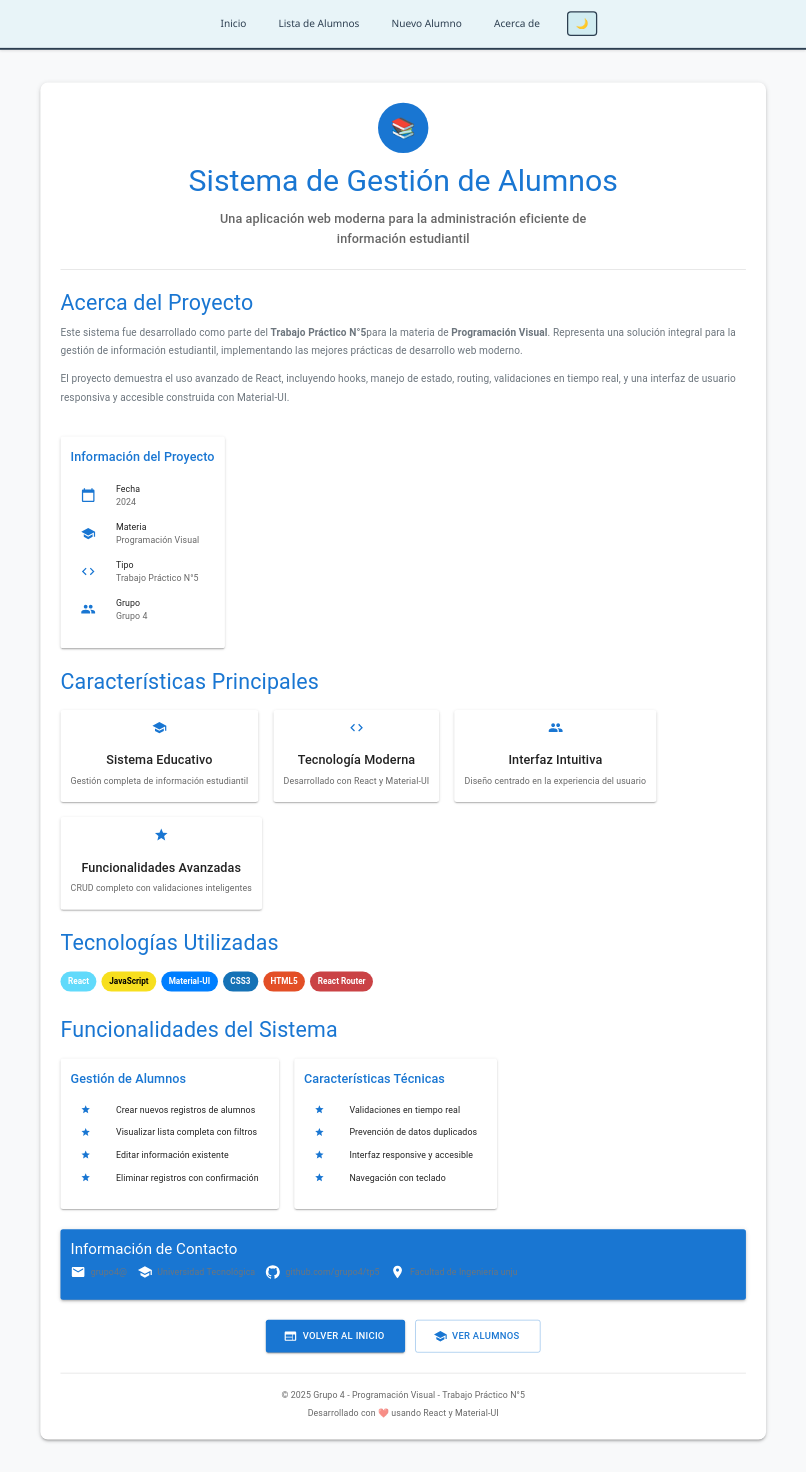
Repository: EduardTr48/pv_tp5_grupo4
Page: /acerca-de
The author's editor kept a copy of each file at every save. The page is drawn from the files as they stood at one save, then again after a run of saves.
The browser window is 1280 px wide. The pictures show the whole page, at 63% of full size.
The project was rebuilt for these pictures with package versions that can differ from the ones it lists, and the page was loaded fresh each time. Also part of the build but not shown: vite.config.js, src/components/ListaAlumnos.jsx, src/components/DetalleAlumno.jsx, src/components/EliminarAlumno.jsx, src/components/AgregarAlumno.jsx, src/components/EditarAlumno.jsx.

Above is the page before, as saved 2025-06-06 01:02:46.

After the next 2 saves:
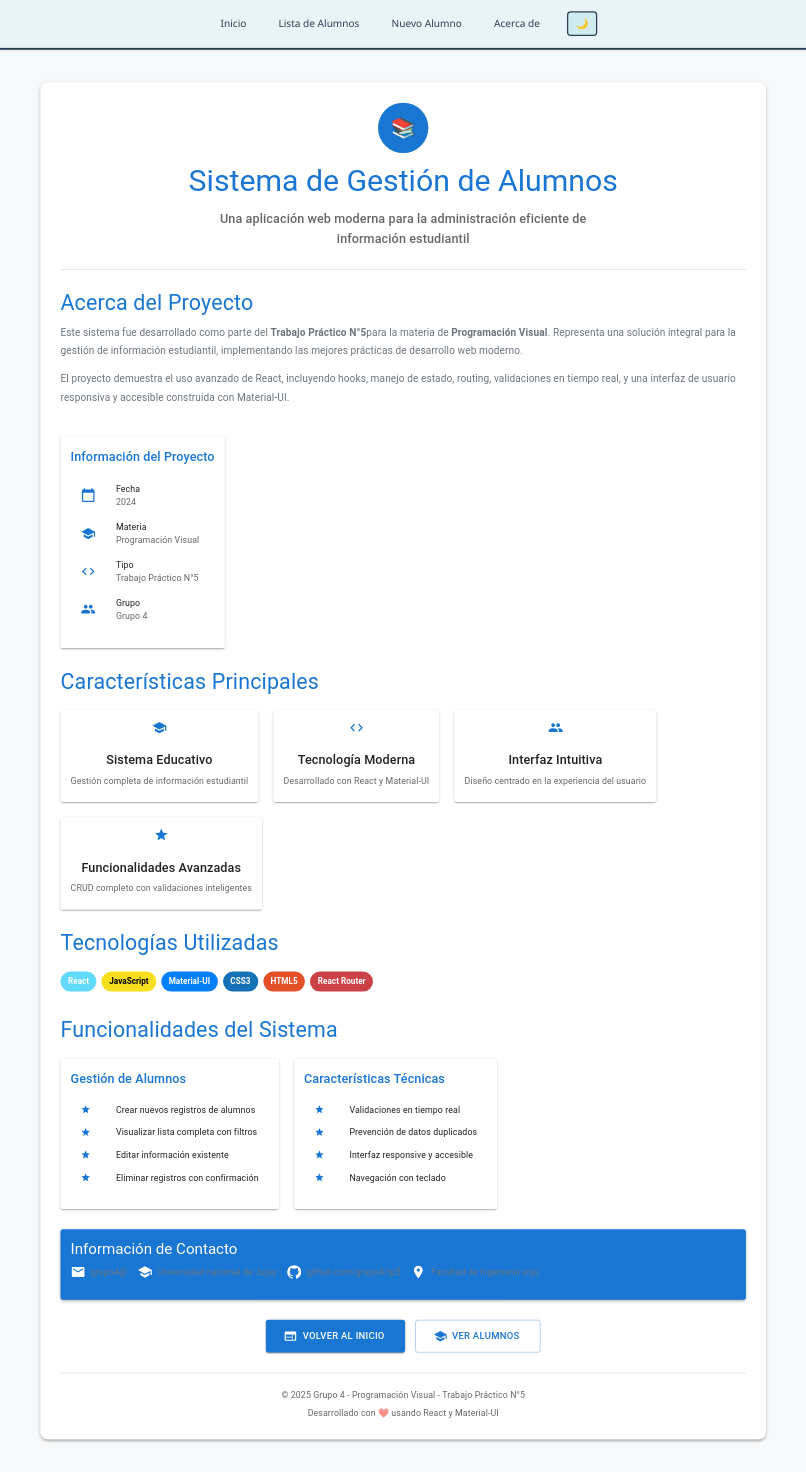
The 2 saves are shown as one change because they came seconds apart.
The last was saved 24 s later.
--- a/src/components/AcercaDe.jsx
+++ b/src/components/AcercaDe.jsx
@@ -303,7 +303,7 @@ const AcercaDe = () => {
                 <Box display="flex" alignItems="center" mb={1}>
                   <SchoolIcon sx={{ mr: 1 }} />
                   <Typography variant="body2">
-                    Universidad Tecnológica
+                    Universidad nacional de Jujuy
                   </Typography>
                 </Box>
               </Grid>
